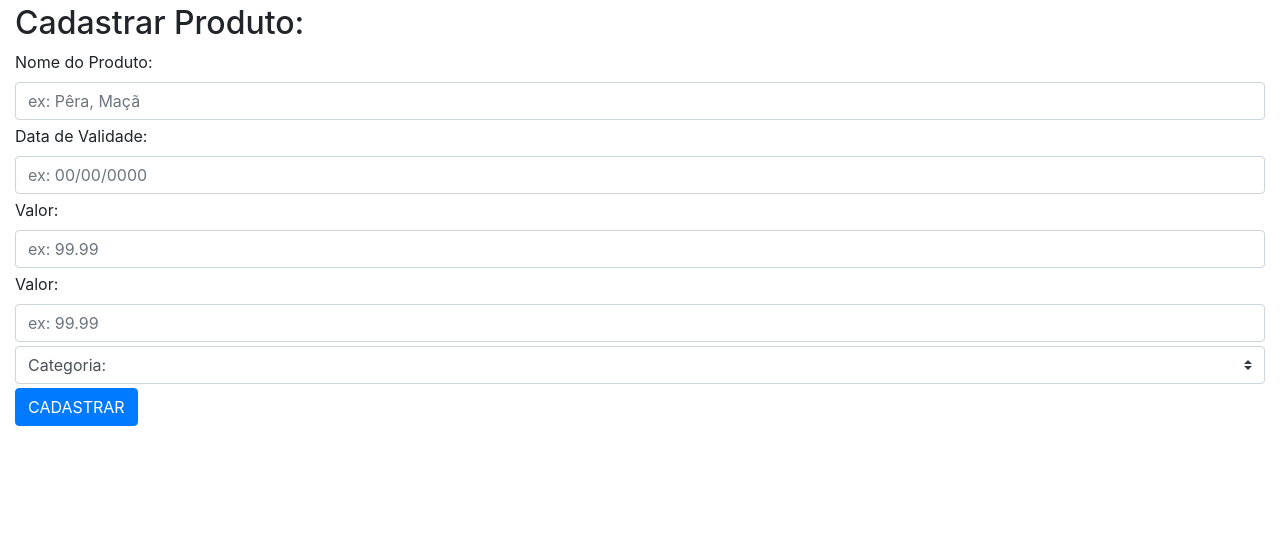
Repository: ricardofelipesilva/sistema
Page: http://localhost/site/controle.jsp
The author's editor kept a copy of each file at every save. The page is drawn from the files as they stood at one save, then again after the next save.
The browser window is 1280 px wide. The pictures show the whole page.
The page is served by Tomcat 9. Other server files are loaded and not shown.

Above is the page before, as saved 2019-07-01 08:24:26.

### site/WebContent/controle.jsp
<%@ taglib uri="http://java.sun.com/jsp/jstl/core" prefix="c" %>
<!DOCTYPE html>
<html>
<head>
<meta charset="ISO-8859-1">
<link rel="stylesheet" href="https://stackpath.bootstrapcdn.com/bootstrap/4.3.1/css/bootstrap.min.css" integrity="sha384-ggOyR0iXCbMQv3Xipma34MD+dH/1fQ784/j6cY/iJTQUOhcWr7x9JvoRxT2MZw1T" crossorigin="anonymous">

<script src="https://code.jquery.com/jquery-3.3.1.slim.min.js" integrity="sha384-q8i/X+965DzO0rT7abK41JStQIAqVgRVzpbzo5smXKp4YfRvH+8abtTE1Pi6jizo" crossorigin="anonymous"></script>
<script src="https://cdnjs.cloudflare.com/ajax/libs/popper.js/1.14.7/umd/popper.min.js" integrity="sha384-UO2eT0CpHqdSJQ6hJty5KVphtPhzWj9WO1clHTMGa3JDZwrnQq4sF86dIHNDz0W1" crossorigin="anonymous"></script>
<script src="https://stackpath.bootstrapcdn.com/bootstrap/4.3.1/js/bootstrap.min.js" integrity="sha384-JjSmVgyd0p3pXB1rRibZUAYoIIy6OrQ6VrjIEaFf/nJGzIxFDsf4x0xIM+B07jRM" crossorigin="anonymous"></script>

<title>Mil Tecnologia | Cadastrar Produto</title>

</head>
<body>
	<form action="./novoproduto" method="post">

	<div class="col-auto my-1">
		<h2>Cadastrar Produto:</h2>
	</div>

	</form>

	<form action="./novoproduto" method="post">
  <div class="col-auto my-1 form-group">
    <label for="exampleInputEmail1">Nome do Produto:</label>
    <input  class="form-control" type="text" name="nome" placeholder="ex: Pêra, Maçã" required>
  </div>
  <div class=" col-auto my-1 form-group">
    <label for="exampleInputEmail1">Data de Validade:</label>
    <input  class="form-control" type="text" name="dataValidade"  placeholder="ex: 00/00/0000" />
  </div>

  <div class=" col-auto my-1 form-group">
    <label for="exampleInputEmail1">Valor:</label>
    <input  class="form-control" type="text" name="valor"  placeholder="ex: 99.99" />
  </div>

   <div class=" col-auto my-1 form-group">
    <label for="exampleInputEmail1">Valor:</label>
    <input  class="form-control" type="text" name="valor"  placeholder="ex: 99.99" />
  </div>

      <div class="col-auto my-1">
      <label class="mr-sm-2 sr-only" for="inlineFormCustomSelect">Preference</label>
      <select class="custom-select mr-sm-2" id="inlineFormCustomSelect">
        <option selected>Categoria:</option>
        <option value="1">Proteínas</option>
        <option value="2">Laticínios</option>
        <option value="3">Limpeza</option>
        <option value="4">Carnes</option>
      </select>
    </div>
 <div class=" col-auto my-1 form-group">
  <button type="submit" class="btn btn-primary">CADASTRAR</button>
  </div>
</form>


</body>
</html>

After the next save:
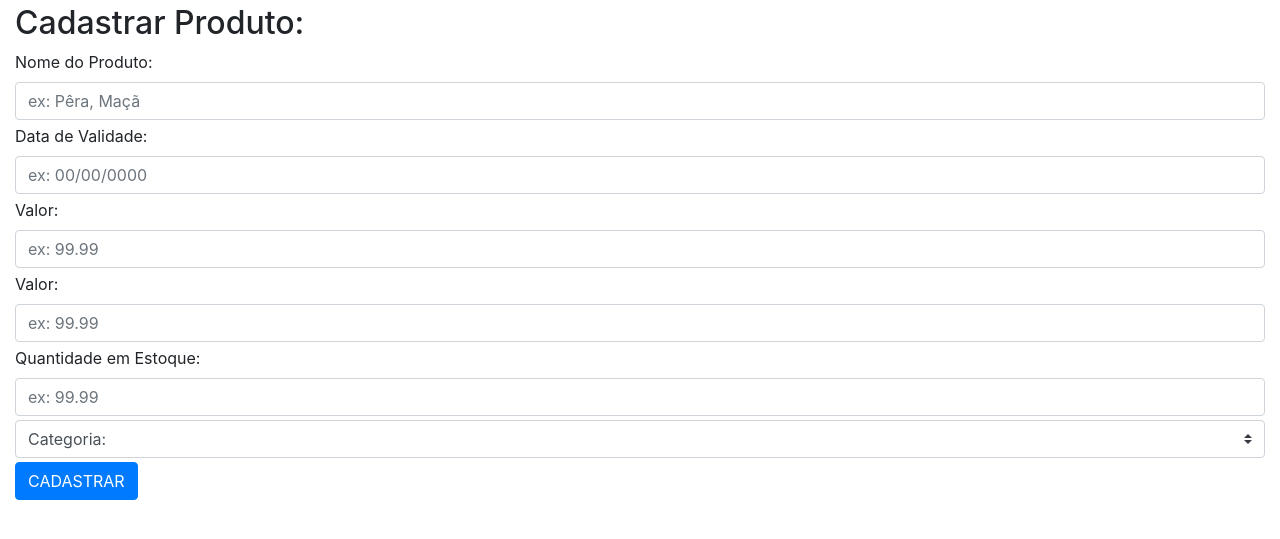
Saved 31 s later.
--- a/site/WebContent/controle.jsp
+++ b/site/WebContent/controle.jsp
@@ -41,6 +41,10 @@
     <input  class="form-control" type="text" name="valor"  placeholder="ex: 99.99" />
   </div>
 
+     <div class=" col-auto my-1 form-group">
+    <label for="exampleInputEmail1">Quantidade em Estoque:</label>
+    <input  class="form-control" type="text" name="valor"  placeholder="ex: 99.99" />
+  </div>
       <div class="col-auto my-1">
       <label class="mr-sm-2 sr-only" for="inlineFormCustomSelect">Preference</label>
       <select class="custom-select mr-sm-2" id="inlineFormCustomSelect">
